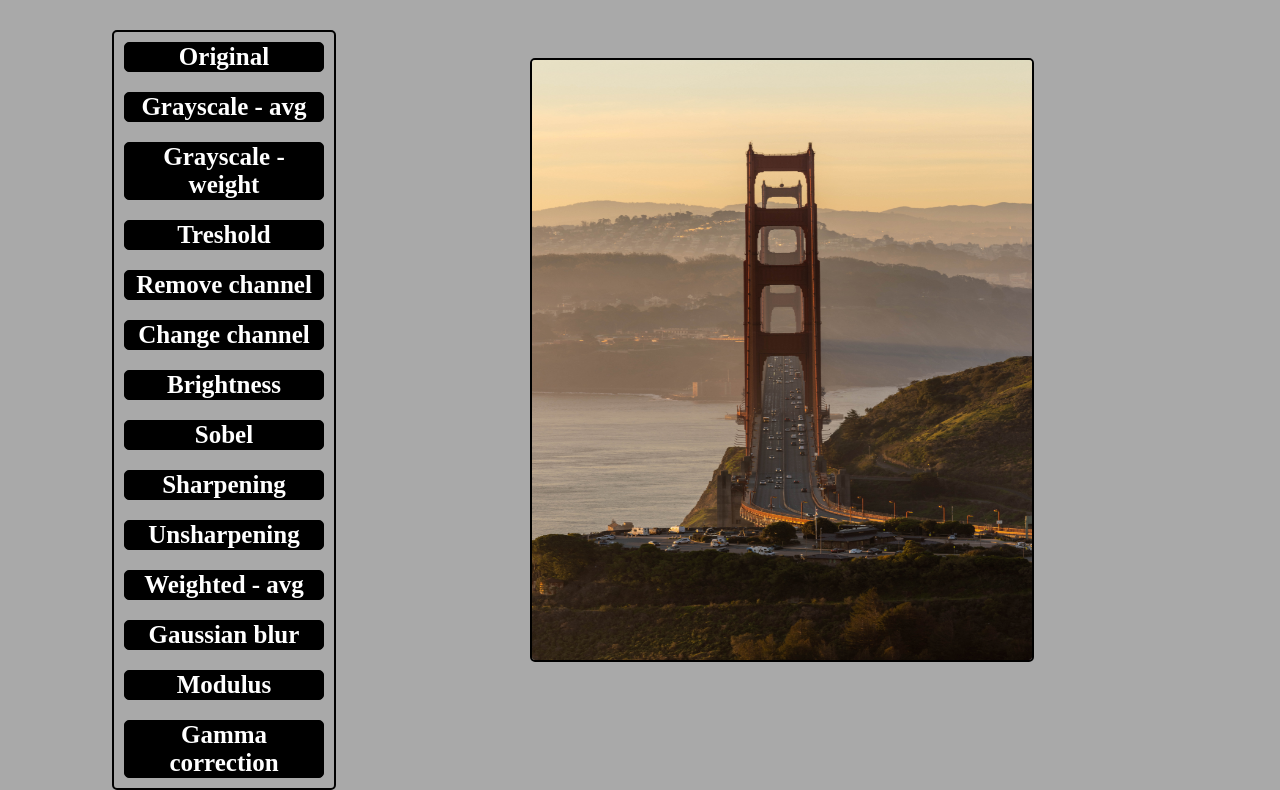
Repository: fussionko/web_photoshop
Page: index.html
An editor plug-in stored every save of this project. The page is shown before and after the next save, followed by the edit.
The browser window is 1280 px wide. The pictures show the whole page.
Some web libraries are served in a nearby version.

Above is the page before, as saved 2022-05-11 15:22:37.

After the next save:
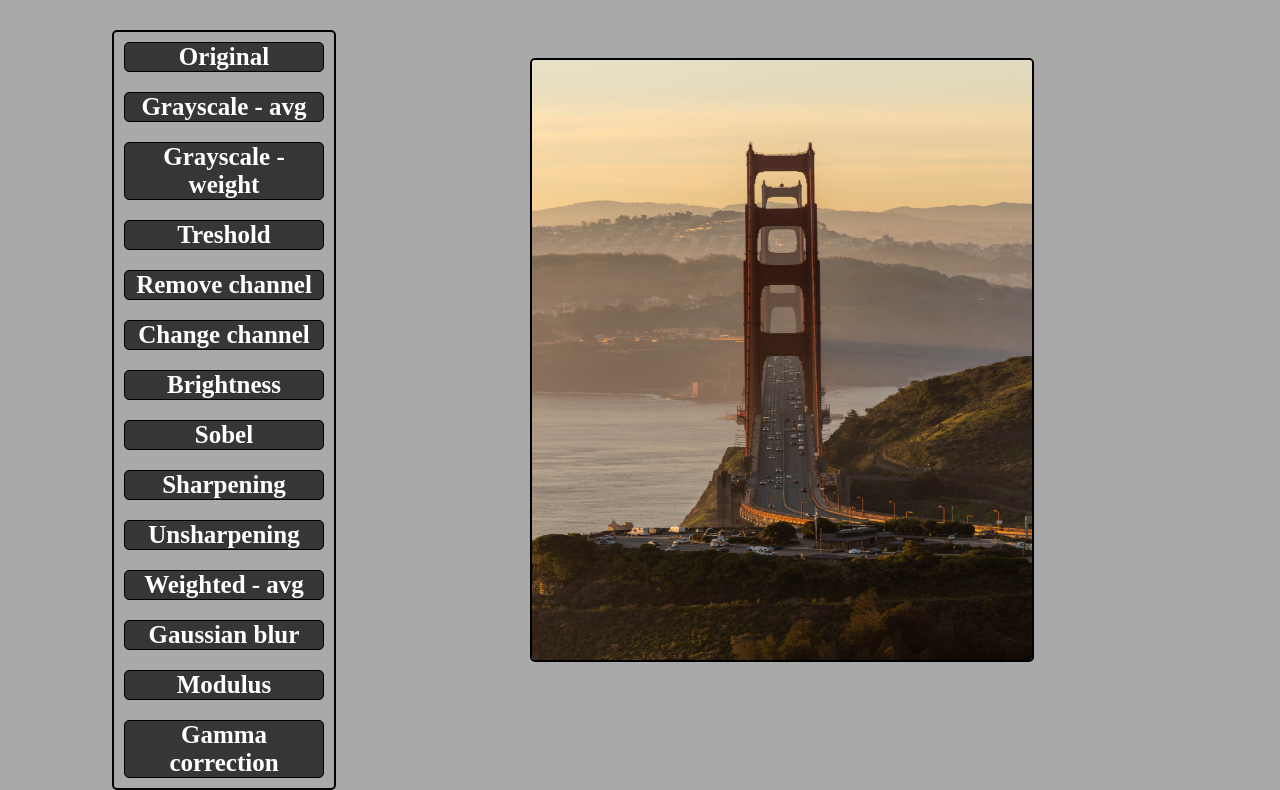
Saved 27 s later.
--- a/style.css
+++ b/style.css
@@ -44,7 +44,7 @@ body {
     border-radius: 5px;
     text-align: center;
     color: white;
-    background-color: black;
+    background-color: #363636;
     font-weight: 600;
 }
 
